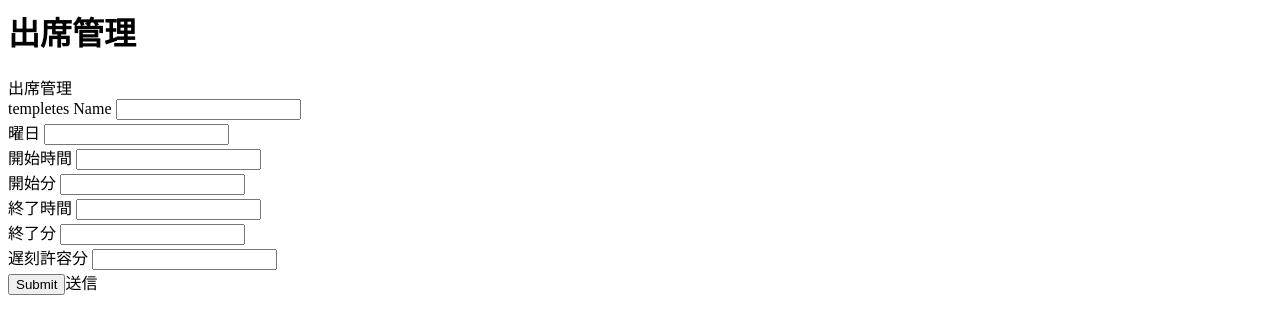
Repository: inamura123/auto_attend_system
Page: http://localhost/test
The author's editor kept a record of every edit. The page is drawn from the files as they stood at one moment, then again after the next edit.
The browser window is 1280 px wide. The pictures show the whole page.
The page is served by the project's Laravel application, run on PHP 8.4 with Laravel 9.

Above is the page before.

After the next edit:
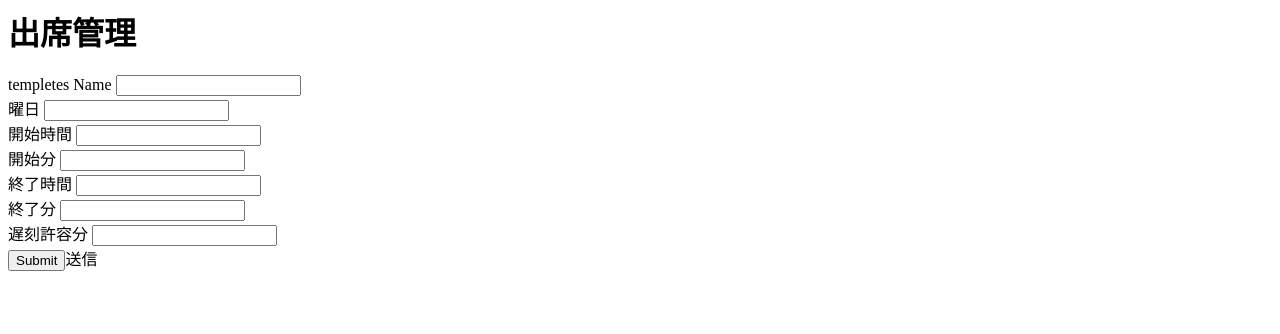
The edit:
--- a/myapp/resources/views/test.blade.php
+++ b/myapp/resources/views/test.blade.php
@@ -5,12 +5,6 @@
 
         <!--左エリア[START]-->
         <div>
-
-            <div>
-                <div>
-                    出席管理
-                </div>
-            </div>
 
 
             <!-- 本のタイトル -->
